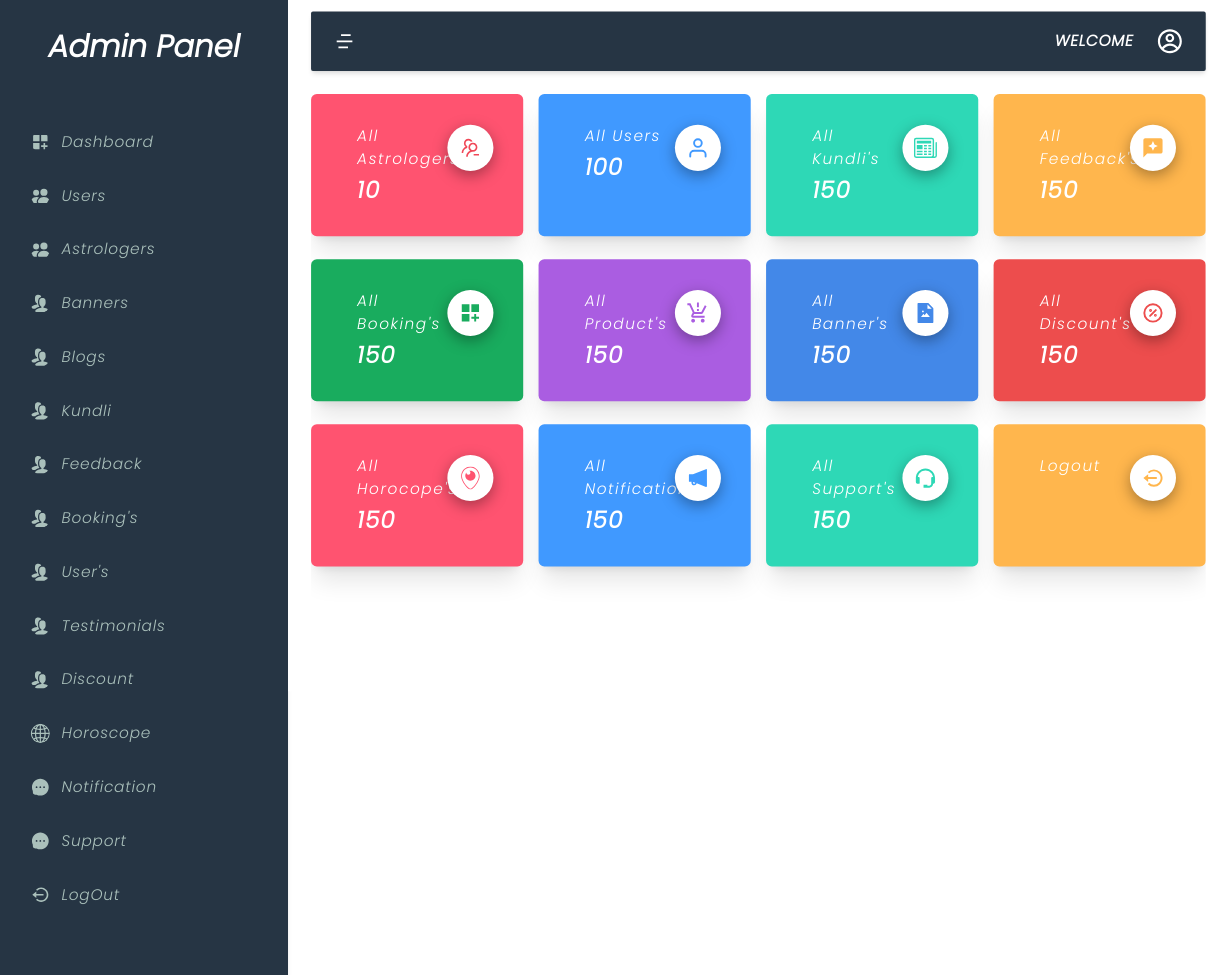
Repository: FlyweisReact/Hariom-Admin-Panel
Page: /vendorDashboard
An editor plug-in stored every save of this project. The page is shown before and after the next save, followed by the edit.
The browser window is 1280 px wide. The pictures show the whole page, at 96% of full size.
Some web libraries are served in a nearby version. The project was rebuilt for these pictures with package versions that can differ from the ones it lists, and the page was loaded fresh each time. Also part of the build but not shown: src/vendorPanel/forms/VendorLogin.jsx, src/vendorPanel/pages/AdminDiscount.js, src/vendorPanel/pages/AdminReview.js, src/vendorPanel/pages/Astrologers.js, src/vendorPanel/pages/Banners.js, src/vendorPanel/pages/Booking.js, src/vendorPanel/pages/Horoscope.js, src/vendorPanel/pages/Kundli.js and 6 more.

Above is the page before, as saved 2023-04-15 15:30:20.

After the next save:
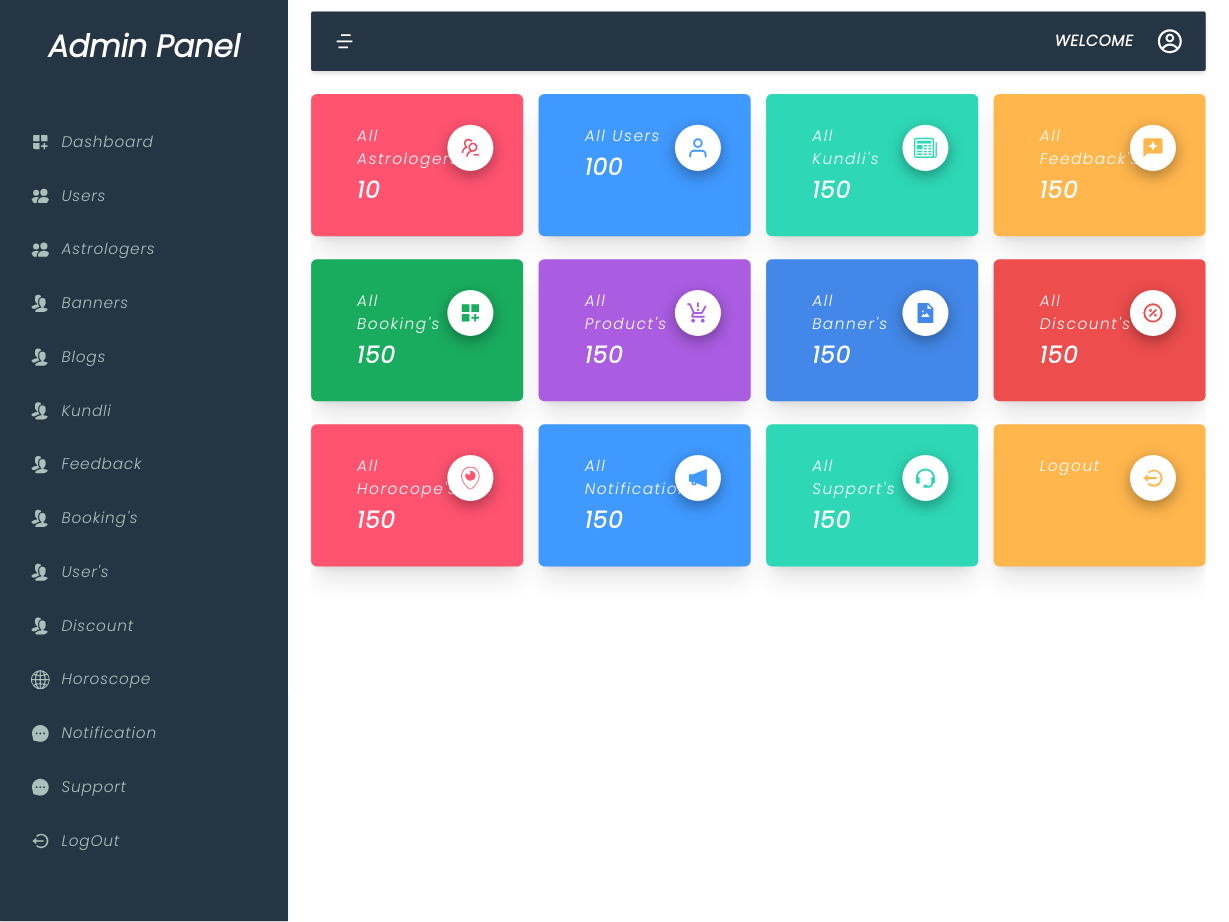
Saved 5 s later.
--- a/src/vendorPanel/layout/Sidebar.jsx
+++ b/src/vendorPanel/layout/Sidebar.jsx
@@ -60,11 +60,7 @@ const Sidebar = ({ hamb, setHamb }) => {
       name: "User's",
     },
 
-    {
-      icon: <ImUsers className="text-xl mr-3 rounded-full " />,
-      link: "/testimonial",
-      name: "Testimonials",
-    },
+
 
     {
       icon: <ImUsers className="text-xl mr-3 rounded-full " />,
